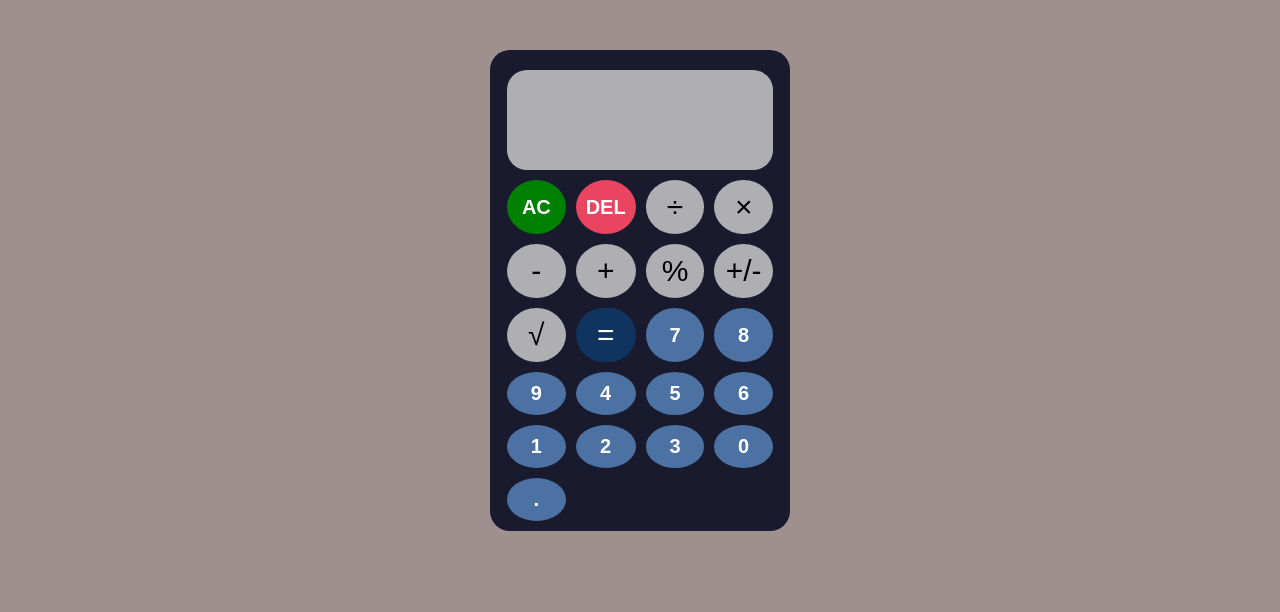
Repository: MikkyPrestige/js-calculator
Page: index.html
These files come from the project's save history. The page is drawn as it stood at one moment and after the next save; the edit follows.
The browser window is 1280 px wide. The pictures show the whole page.

Above is the page before, as saved 2023-05-08 01:33:57.

After the next save:
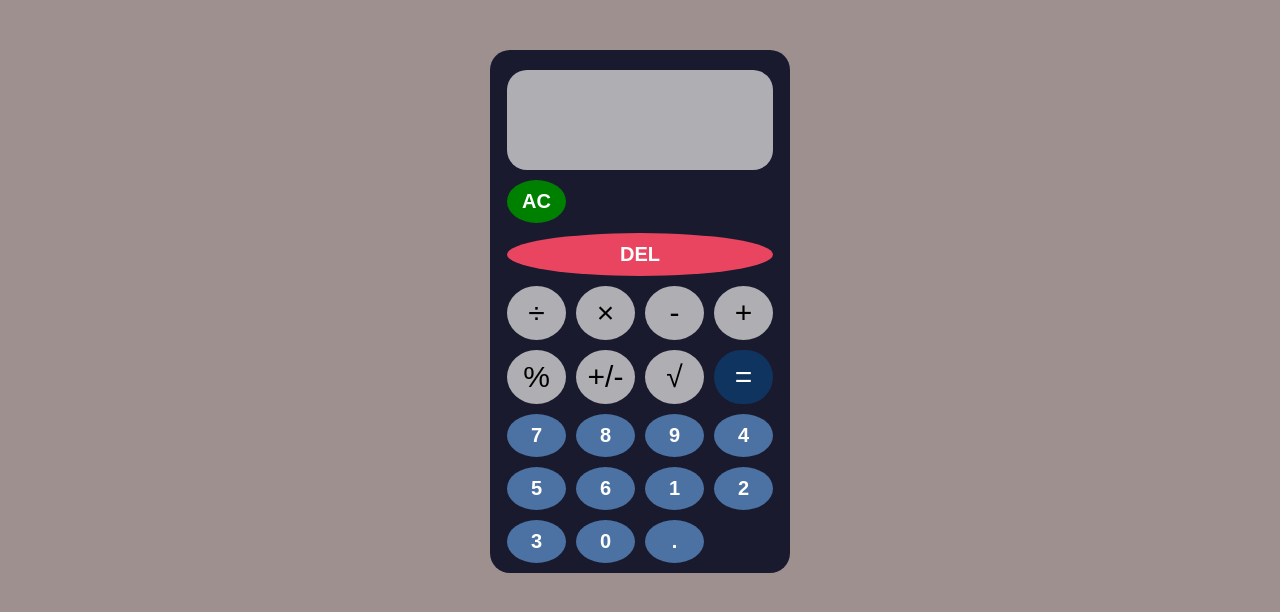
Saved 45 s later.
--- a/index.css
+++ b/index.css
@@ -108,6 +108,7 @@ main {
 
 .del {
   background: #E94560;
+  grid-column: 1 / -1;
 }
 
 .op {
